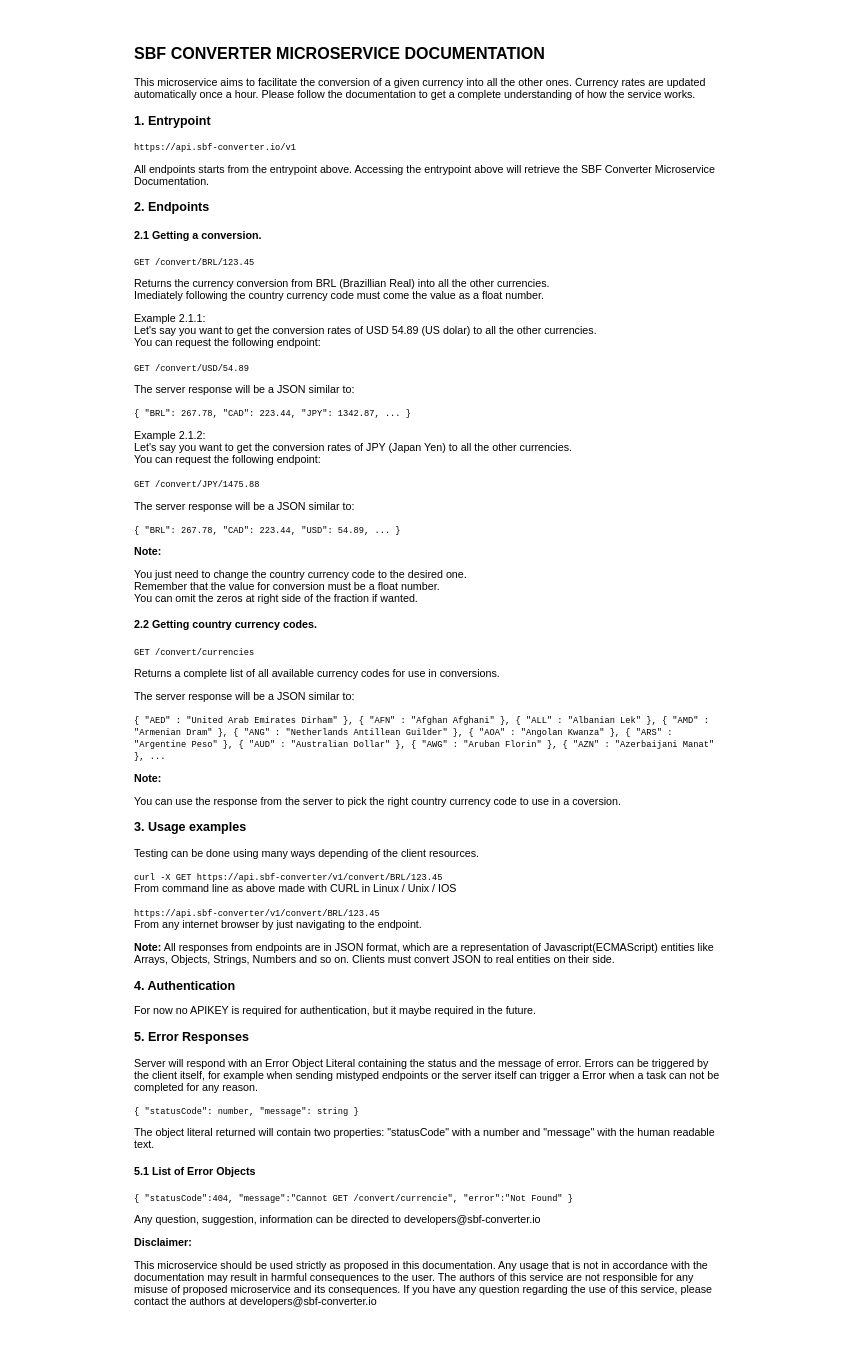
Repository: miguelamello/nestjs-restful-api
Page: documentation.html
These files come from the project's save history. The page is drawn as it stood at one moment and after a run of saves; the edit follows.
The browser window is 1280 px wide. The pictures show the whole page, at 67% of full size.

Above is the page before, as saved 2023-03-23 11:19:56.

After the next 7 saves:
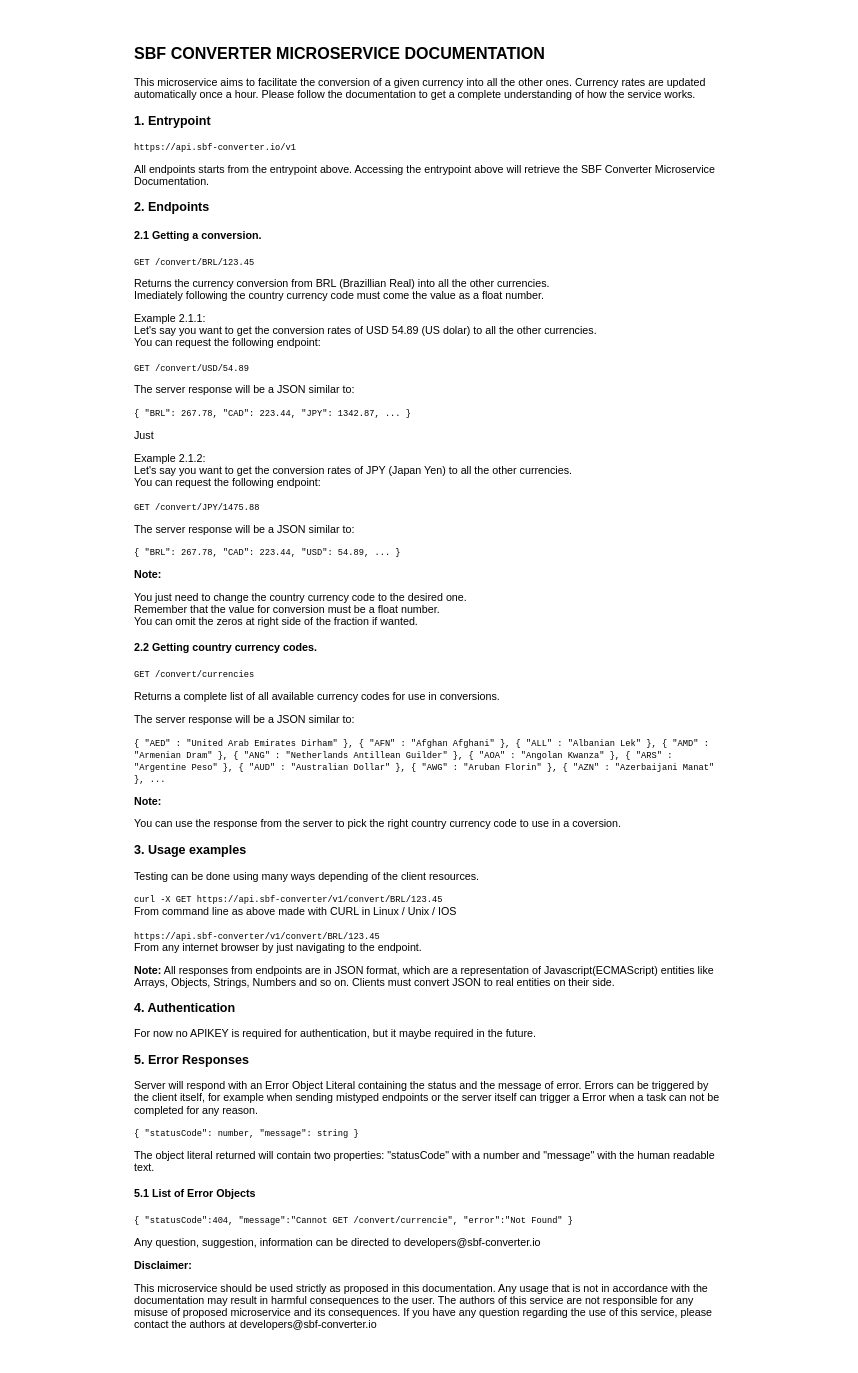
The 7 saves are shown as one change because they came seconds apart.
The last was saved 66 s later.
--- a/documentation.html
+++ b/documentation.html
@@ -42,7 +42,10 @@
     </p>
 
     <p>The server response will be a JSON similar to:</p>
+
     <code>{ "BRL": 267.78, "CAD": 223.44, "JPY": 1342.87, ... }</code>
+
+    <p>Just </p>
 
     <p>
       <div>Example 2.1.2:</div>
